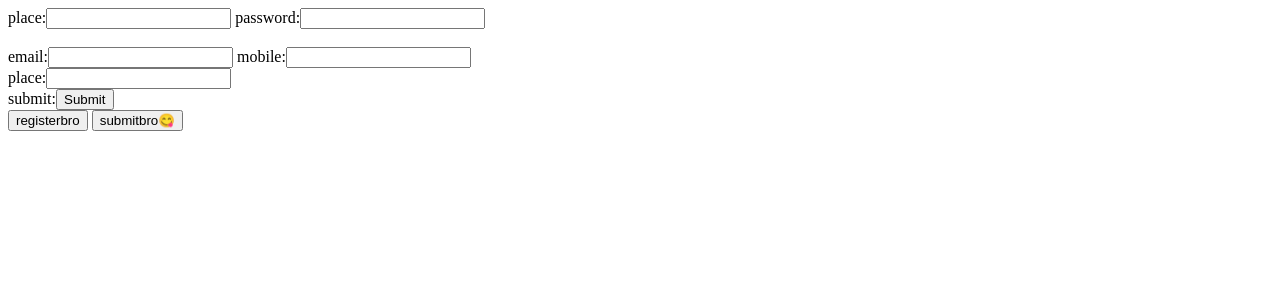
Repository: viveknaidu007/repo-113-HTML
Page: 9.html
The author's editor kept a copy of each file at every save. The page is drawn from the files as they stood at one save, then again after the next save.
The browser window is 1280 px wide. The pictures show the whole page.

Above is the page before, as saved 2024-06-14 22:38:36.

After the next save:
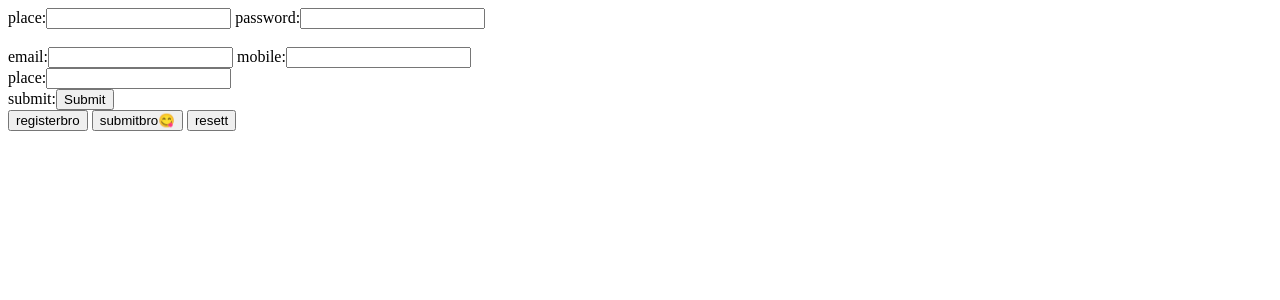
Saved 2 min 20 s later.
--- a/9.html
+++ b/9.html
@@ -14,6 +14,7 @@
             submit:<input type="submit"> <br>
             <input type="submit" value="registerbro">
             <input type="submit" value="submitbro😋">
+            <input type="reset" value="resett">
 
 
 
